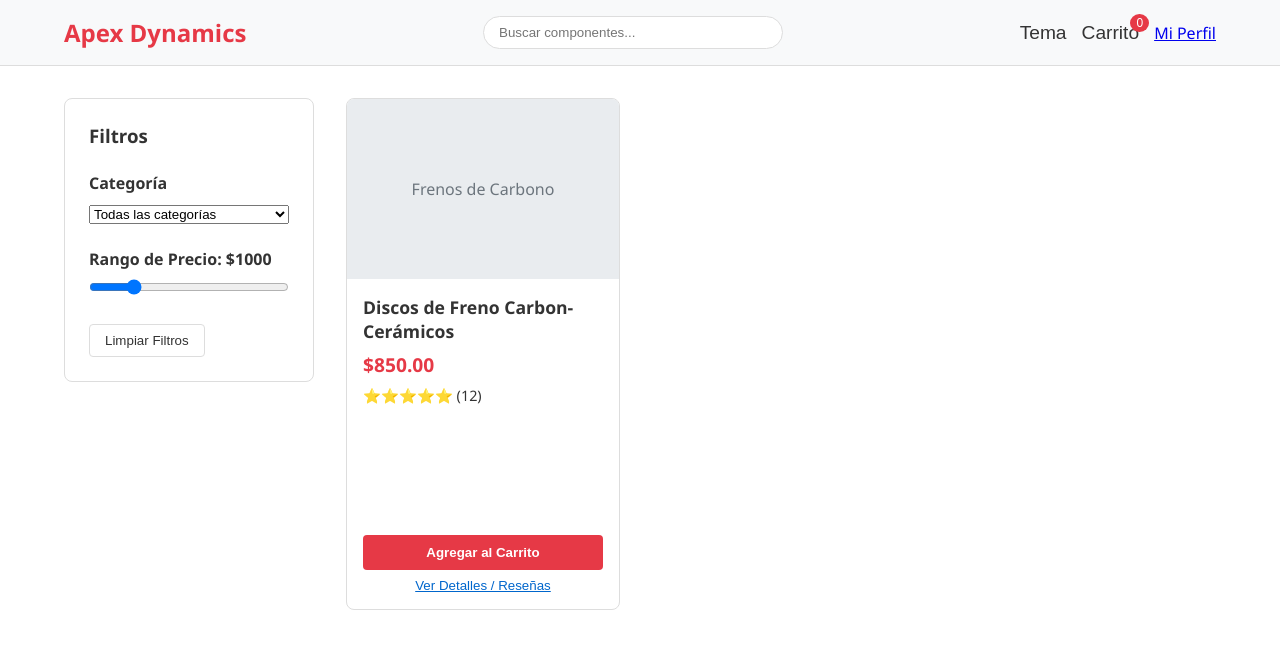
Repository: Niwrad774/Apex-Dynamics-Ecomerce
Page: html/cliente.html
The author's editor kept a copy of each file at every save. The page is drawn from the files as they stood at one save, then again after the next save.
The browser window is 1280 px wide. The pictures show the whole page.
The page's requests for data from a server got no answer.

Above is the page before, as saved 2026-06-11 10:04:21.
Not found: js/repositories/ProductRepository.js

After the next save:
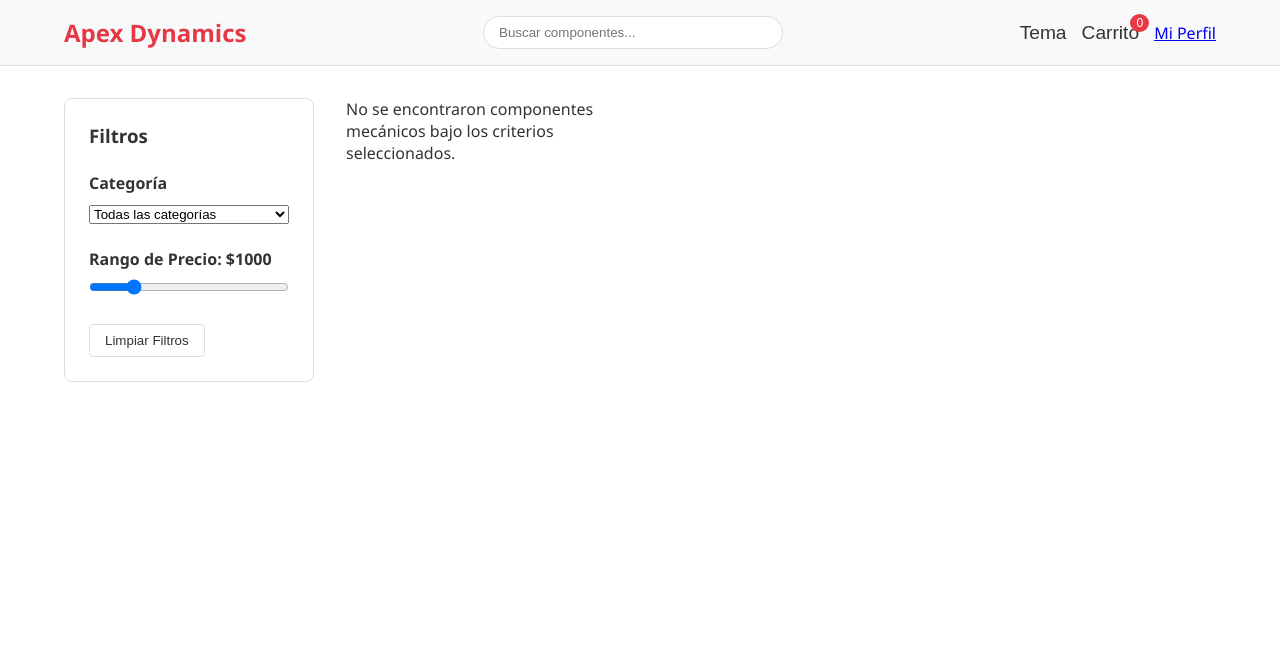
Saved 4 min 34 s later.
--- a/js/controllers/CatalogoController.js
+++ b/js/controllers/CatalogoController.js
@@ -1,4 +1,4 @@
-import { ProductRepository } from '../repositories/ProductRepository.js';
+import { ProductRepository } from '../repositories/ProductoRepository.js';
 import { CartService } from '../services/CartService.js';
 import { CatalogView } from '../views/CatalogoView.js';
 
